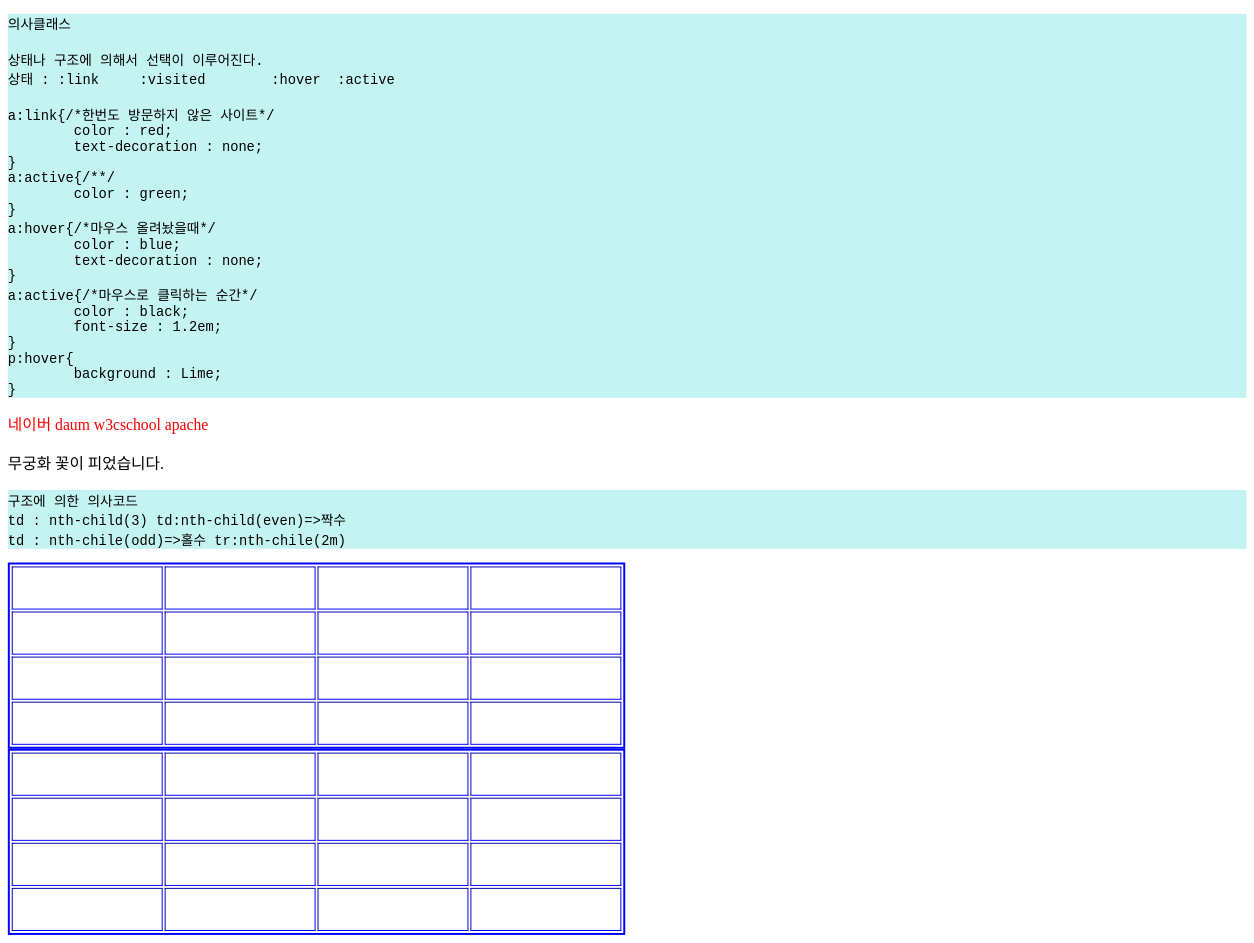
Repository: yul3220/WebProgrammingLecture
Page: webpro/WebContent/2021-01-08/의사클래스.html
The author's editor kept a copy of each file at every save. The page is drawn from the files as they stood at one save, then again after the next save.
The browser window is 1280 px wide. The pictures show the whole page, at 98% of full size.

Above is the page before, as saved 2021-01-08 01:05:01.

### webpro/WebContent/2021-01-08/의사클래스.html
<!DOCTYPE html>
<html>
<head>
<meta charset="UTF-8">
<title>Insert title here</title>
<link rel = "stylesheet" href = "../css/public.css">
<style>
a:link{/*한번도 방문하지 않은 사이트*/
	color : red;
	text-decoration : none;
}
a:active{/**/
	color : green;
}
a:hover{/*마우스 올려놨을때*/
	color : blue;
	text-decoration : none;
}
a:active{/*마우스로 클릭하는 순간*/
	color : black;
	font-size : 1.2em;
}
p:hover{
	background : Lime;
}
#tab1{
	border : 2px solid blue;
	border-collapse : collpase;
}
#tab2{
	border : 2px solid blue;
	border-collapse : collpase;
}
td{
	width : 150px;
	height : 40px;
}
</style>
</head>
<body>
<pre>
의사클래스

상태나 구조에 의해서 선택이 이루어진다.
상태 : :link 	:visited	:hover	:active

a:link{/*한번도 방문하지 않은 사이트*/
	color : red;
	text-decoration : none;
}
a:active{/**/
	color : green;
}
a:hover{/*마우스 올려놨을때*/
	color : blue;
	text-decoration : none;
}
a:active{/*마우스로 클릭하는 순간*/
	color : black;
	font-size : 1.2em;
}
p:hover{
	background : Lime;
}
</pre>

<a href="http://www.naver.com">네이버</a>
<a href="http://www.daum.net">daum</a>
<a href="http://www.w3cschool.com">w3cschool</a>
<a href="htpp://apche.org">apache</a>

<p>무궁화 꽃이 피었습니다.</p>
<pre>
구조에 의한 의사코드
td : nth-child(3) td:nth-child(even)=>짝수
td : nth-chile(odd)=>홀수 tr:nth-chile(2m)
</pre>

<table border="1" id="tab1">
  <tr>
    <td></td>
    <td></td>
    <td></td>
    <td></td>
  </tr>

  <tr>
    <td></td>
    <td></td>
    <td></td>
    <td></td>
  </tr>

  <tr>
    <td></td>
    <td></td>
    <td></td>
    <td></td>
  </tr>

   <tr>
    <td></td>
    <td></td>
    <td></td>
    <td></td>
  </tr>
</table>

<table border="1" id="tab2">
  <tr>
    <td></td>
    <td></td>
    <td></td>
    <td></td>
  </tr>

  <tr>
    <td></td>
    <td></td>
    <td></td>
    <td></td>
  </tr>

  <tr>
    <td></td>
    <td></td>
    <td></td>
    <td></td>
  </tr>

   <tr>
    <td></td>
    <td></td>
    <td></td>
    <td></td>
  </tr>
</table>
</body>
</html>

### webpro/WebContent/css/public.css
@CHARSET "UTF-8";
pre{
	background-color : #c4f4f2;
	font-size : 14px;
	white-space: pre-wrap;

	/*
	   pre : 공백은 그대로 줄바꿈이 되지 않는다.
	   pre-wrap : 공백은 그대로 줄바꿈이 된다.
	   pre-line : 공백을 여러개 줘도 공백은 하나만 표시  줄바꿈된다.
	   nowrap : 공백을 여러개 줘도 공백은 하나만 표시 줄바꿈되지 않는다.

	*/
}

div.box {
	width : 100%;
	height : auto;
	margin : 10px;
	padding : 10px;
	border : 1px solid blue;
	background : #faf5f1;
}

.box input[type=button]{
    width : 90px;
    height: 30px;
    background: blue;
    color : white;
    padding : 5px 10px;
    border-radius: 10px;
    font-weight: bold;
	text-align: center;
}

.box div{
    width : 80%;
    height : auto;
    padding : 10px;
 	border : 3px dotted #00ffeb;
    margin : 20px;
}

After the next save:
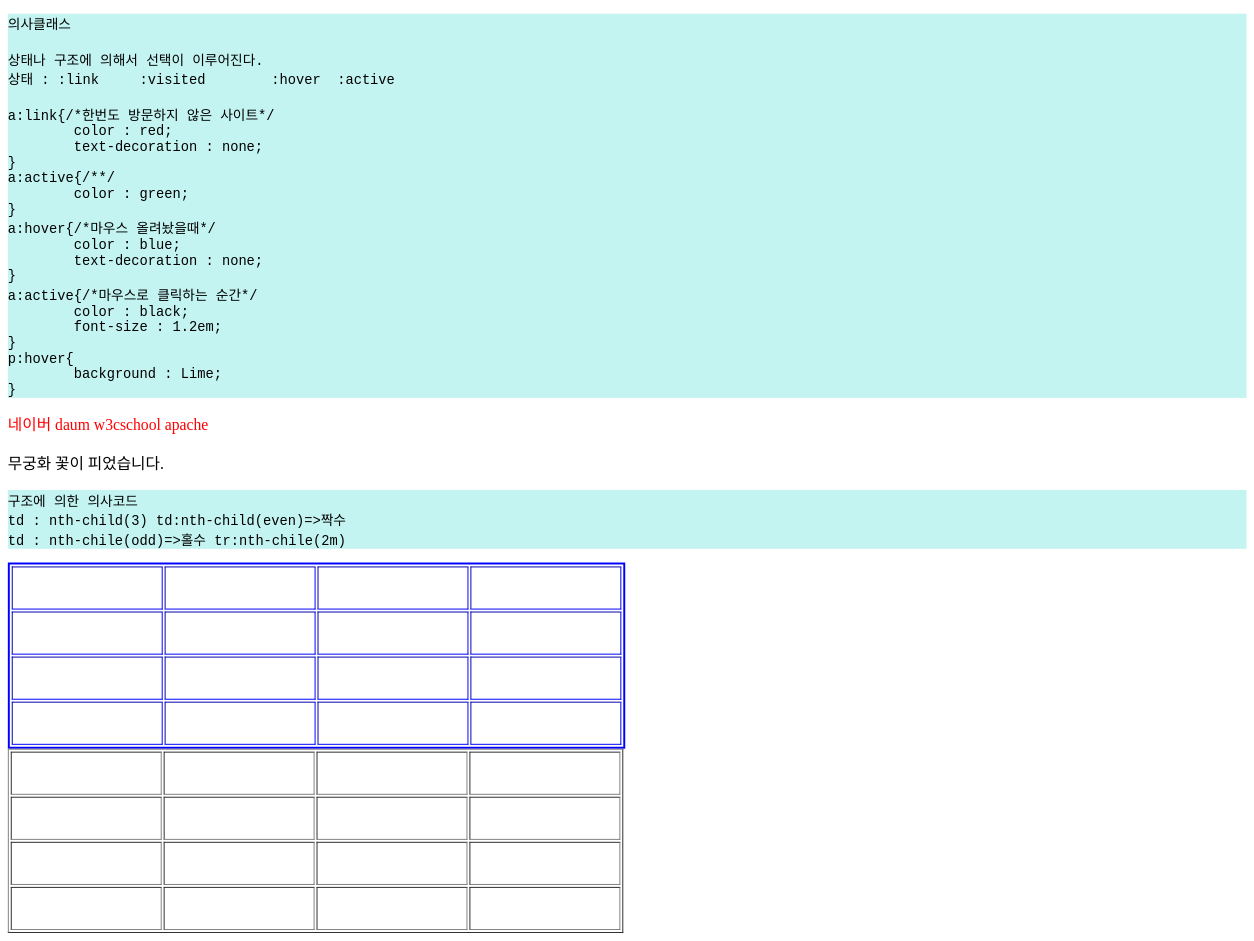
Saved 17 s later.
--- a/webpro/WebContent/2021-01-08/의사클래스.html
+++ b/webpro/WebContent/2021-01-08/의사클래스.html
@@ -24,10 +24,6 @@ p:hover{
 	background : Lime;
 }
 #tab1{
-	border : 2px solid blue;
-	border-collapse : collpase;
-}
-#tab2{
 	border : 2px solid blue;
 	border-collapse : collpase;
 }
